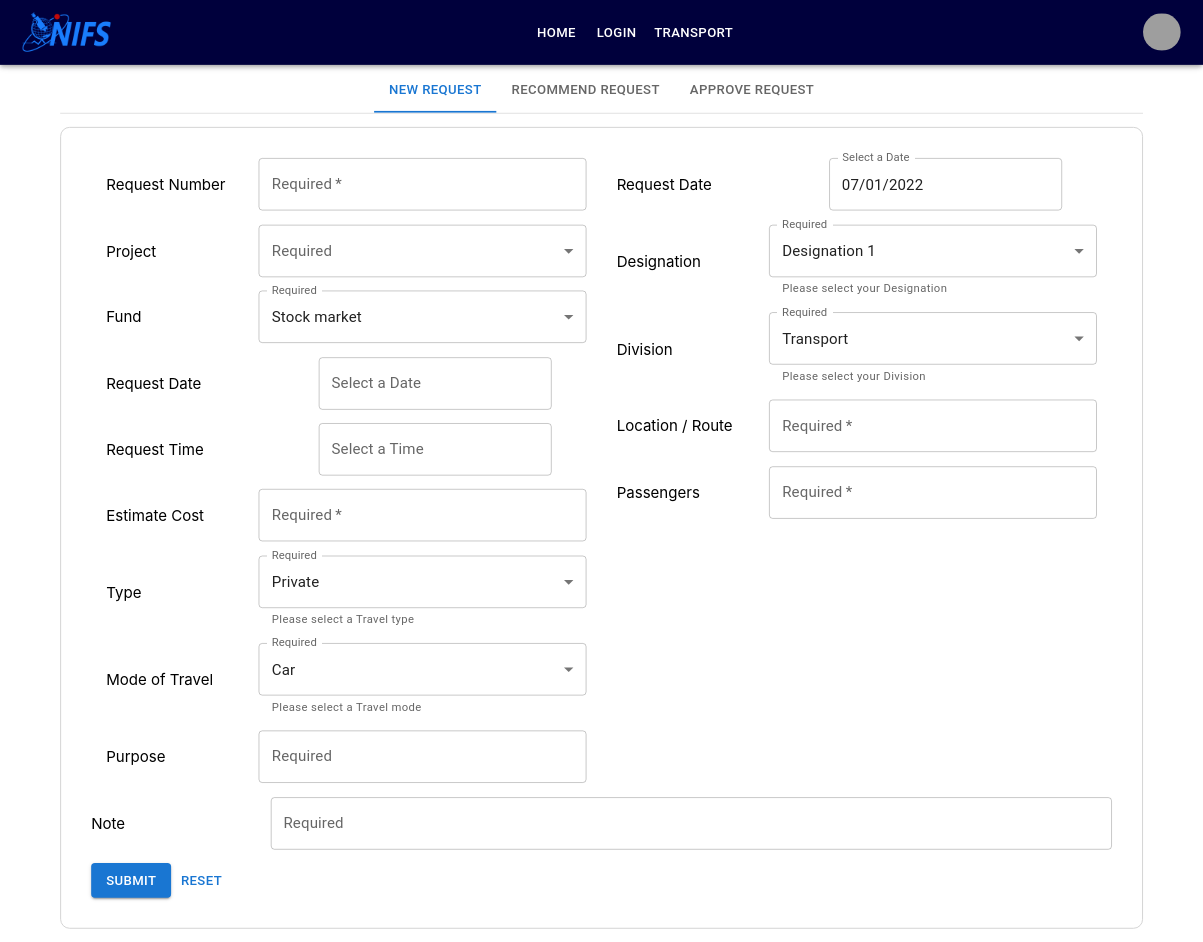
Repository: Ravindu97/NIFS_WebApplication
Page: /transport (app in client/)
An editor plug-in stored every save of this project. The page is shown before and after the next save, followed by the edit.
The browser window is 1280 px wide. The pictures show the whole page, at 94% of full size.
Pictures or frames that could not be fetched are drawn as grey boxes. The project was rebuilt for these pictures with package versions that can differ from the ones it lists, and the page was loaded fresh each time. Also part of the build but not shown: client/src/pages/Home.js, client/src/pages/Login.js, client/src/components/Transport/RecommendedRequest.js, client/src/components/Transport/ApproveRequest.js.

Above is the page before, as saved 2022-07-01 10:33:17.

### client/src/index.css
body {
  margin: 0;
  font-family: -apple-system, BlinkMacSystemFont, 'Segoe UI', 'Roboto', 'Oxygen',
    'Ubuntu', 'Cantarell', 'Fira Sans', 'Droid Sans', 'Helvetica Neue',
    sans-serif;
  -webkit-font-smoothing: antialiased;
  -moz-osx-font-smoothing: grayscale;
}

:root{
  --main-navbar-back: #00003c;

}


.nav-logo{
  width: 100px;
  height: auto;
}

/* main navbar */
.main-navbar{
  background-color: var(--main-navbar-back) !important;
}

/* secondary navbar */
.secondary-navbar{
  margin-top: 10vh !important;
  margin: auto;
}

/* body content */
.body-content{
  margin: auto;
  width: 90%;
  margin-top: 2vh;
}

/* -------------------css for form starts here */
/* form section means outsice the <form> tag */

.form-section{
  border: 1px solid #d2d2d2;
  border-radius: 10px;
  padding: 2rem;
  margin-bottom: 2vh;
}

/* input fields */
.input-fields{
  display: flex;
  align-items: center;
  margin-bottom: 2vh;
}

.input-fields label{
  margin-right: 2vw;
  width: 200px;
}

.form-left,.form-right{

  margin-left: 1em;
  margin-right: 1em;
}

/* -----------------css for form ends here */

### client/src/App.js
import * as React from 'react';
import { BrowserRouter as Router, Route, Routes } from 'react-router-dom';
import Navbar from './components/shared/Navbar';
import Home from './pages/Home';
import Login from './pages/Login';
import TransportMainPage from './pages/TransportMainPage';

function App() {
	return (
		<div>
			<Router>
				<Navbar />
				<Routes>
					<Route exact path="/" element={<Home />} />
					<Route exact path="/login" element={<Login />} />
					<Route exact path="/transport/*" element={<TransportMainPage />} />
				</Routes>
			</Router>
		</div>
	);
}

export default App;

### client/src/components/shared/Navbar.js
import * as React from 'react';
import AppBar from '@mui/material/AppBar';
import Box from '@mui/material/Box';
import Toolbar from '@mui/material/Toolbar';
import IconButton from '@mui/material/IconButton';
import Typography from '@mui/material/Typography';
import Menu from '@mui/material/Menu';
import MenuIcon from '@mui/icons-material/Menu';
import Container from '@mui/material/Container';
import Avatar from '@mui/material/Avatar';
import Button from '@mui/material/Button';
import Tooltip from '@mui/material/Tooltip';
import MenuItem from '@mui/material/MenuItem';
import { Link } from 'react-router-dom';
import Logo from '../../images/nifs_logo.png';

const Navbar = () => {
	const pages = [
		{
			id: 0,
			title: 'Home',
			link: '/',
		},
		{
			id: 1,
			title: 'Login',
			link: '/login',
		},
		{
			id: 2,
			title: 'Transport',
			link: '/transport',
		},
	];

	const settings = [
		{
			id: 0,
			title: 'Home',
			link: '/',
		},
		{
			id: 1,
			title: 'Login',
			link: '/login',
		},
		{
			id: 2,
			title: 'Transport',
			link: '/transport',
		},
	];

	const [anchorElNav, setAnchorElNav] = React.useState(null);
	const [anchorElUser, setAnchorElUser] = React.useState(null);

	const handleOpenNavMenu = (event) => {
		setAnchorElNav(event.currentTarget);
	};
	const handleOpenUserMenu = (event) => {
		setAnchorElUser(event.currentTarget);
	};

	const handleCloseNavMenu = () => {
		setAnchorElNav(null);
	};

	const handleCloseUserMenu = () => {
		setAnchorElUser(null);
	};

	return (
		<AppBar position="fixed" className="main-navbar">
			<Container maxWidth="xl">
				<Toolbar disableGutters>
					{/*Responsive view start here  */}
					<Box sx={{ display: { xs: 'none', md: 'flex' }, mr: 1 }}>
						<img src={Logo} alt="logo" className="nav-logo" />
					</Box>

					<Box sx={{ flexGrow: 1, display: { xs: 'flex', md: 'none' } }}>
						<IconButton
							size="large"
							aria-label="account of current user"
							aria-controls="menu-appbar"
							aria-haspopup="true"
							onClick={handleOpenNavMenu}
							color="inherit"
						>
							<MenuIcon />
						</IconButton>
						<Menu
							id="menu-appbar"
							anchorEl={anchorElNav}
							anchorOrigin={{
								vertical: 'bottom',
								horizontal: 'left',
							}}
							keepMounted
							transformOrigin={{
								vertical: 'top',
								horizontal: 'left',
							}}
							open={Boolean(anchorElNav)}
							onClose={handleCloseNavMenu}
							sx={{
								display: { xs: 'block', md: 'none' },
							}}
						>
							{pages &&
								pages.map((page) => (
									<MenuItem key={page.id} onClick={handleCloseNavMenu}>
										<Link to={page.link} style={{ textDecoration: 'none' }}>
											<Typography textAlign="center">{page.title}</Typography>
										</Link>
									</MenuItem>
								))}
						</Menu>
					</Box>
					{/* Responsive view ends here */}

					{/* Full width starts here */}
					<Box
						sx={{
							mr: 2,
							display: { xs: 'flex', md: 'none' },
							flexGrow: 1,
						}}
					>
						<img src={Logo} alt="logo" className="nav-logo" />
					</Box>

					<Box
						sx={{ flexGrow: 1, display: { xs: 'none', md: 'flex' } }}
						style={{ justifyContent: 'center' }}
					>
						{pages &&
							pages.map((page) => (
								<Link to={page.link} style={{ textDecoration: 'none' }}>
									<Button
										key={page.id}
										onClick={handleCloseNavMenu}
										sx={{ my: 2, color: 'white', display: 'block' }}
									>
										{page.title}
									</Button>
								</Link>
							))}
					</Box>

					{/* end of the navbar */}
					<Box sx={{ flexGrow: 0 }}>
						<Tooltip title="Open settings">
							<IconButton onClick={handleOpenUserMenu} sx={{ p: 0 }}>
								<Avatar
									alt="Remy Sharp"
									src="https://images.unsplash.com/photo-1566753323558-f4e0952af115?ixlib=rb-1.2.1&ixid=MnwxMjA3fDB8MHxzZWFyY2h8MXx8bWFsZXxlbnwwfHwwfHw%3D&w=1000&q=80"
								/>
							</IconButton>
						</Tooltip>
						<Menu
							sx={{ mt: '45px' }}
							id="menu-appbar"
							anchorEl={anchorElUser}
							anchorOrigin={{
								vertical: 'top',
								horizontal: 'right',
							}}
							keepMounted
							transformOrigin={{
								vertical: 'top',
								horizontal: 'right',
							}}
							open={Boolean(anchorElUser)}
							onClose={handleCloseUserMenu}
						>
							{settings.map((setting) => (
								<MenuItem key={setting.id} onClick={handleCloseUserMenu}>
									<Typography textAlign="center">{setting.title}</Typography>
								</MenuItem>
							))}
						</Menu>
					</Box>
				</Toolbar>
			</Container>
		</AppBar>
	);
};
export default Navbar;

### client/src/pages/TransportMainPage.js
import React from 'react';

import TransportNavbar from '../components/Transport/shared/TransportNavbar';
import { Route, Routes } from 'react-router-dom';
import NewRequest from '../components/Transport/NewRequest';
import RecommendedRequest from '../components/Transport/RecommendedRequest';
import ApproveRequest from '../components/Transport/ApproveRequest';

// transport main page where all other section of transport department can be access from here
function TransportMainPage() {
	return (
		<div>
			<TransportNavbar />
			<div className="body-content">
				<Routes>
					<Route exact path="/" element={<NewRequest />} />
					<Route exact path="/recommend" element={<RecommendedRequest />} />
					<Route exact path="/approve" element={<ApproveRequest />} />
				</Routes>
			</div>
		</div>
	);
}

export default TransportMainPage;

### client/src/components/Transport/shared/TransportNavbar.js
import * as React from 'react';
import Tabs from '@mui/material/Tabs';
import Tab from '@mui/material/Tab';
import Box from '@mui/material/Box';
import { Link, useLocation } from 'react-router-dom';

export default function TransportNavbar() {
	const location = useLocation();

	const pages = [
		{
			id: 0,
			title: 'New Request',
			link: '/transport',
		},
		{
			id: 1,
			title: 'Recommend Request',
			link: '/transport/recommend',
		},
		{
			id: 2,
			title: 'Approve Request',
			link: '/transport/approve',
		},
	];

	return (
		<Box sx={{ width: '90%' }} className="secondary-navbar">
			<Box sx={{ borderBottom: 1, borderColor: 'divider' }}>
				<Tabs value={location.pathname} centered>
					{pages &&
						pages.map((page) => (
							<Tab
								key={page.id}
								label={page.title}
								value={page.link}
								component={Link}
								to={page.link}
							/>
						))}
				</Tabs>
			</Box>
		</Box>
	);
}

### client/src/components/Transport/NewRequest.js
import {
	Button,
	TextField,
	Select,
	InputLabel,
	MenuItem,
	FormControl,
} from '@mui/material';
import React, { useState } from 'react';
import { useForm } from 'react-hook-form';
import Box from '@mui/material/Box';
// import datepicker
import { AdapterDateFns } from '@mui/x-date-pickers/AdapterDateFns';
import { LocalizationProvider } from '@mui/x-date-pickers/LocalizationProvider';
import { DatePicker } from '@mui/x-date-pickers/DatePicker';
import { TimePicker } from '@mui/x-date-pickers/TimePicker';
import { StaticTimePicker } from '@mui/x-date-pickers/StaticTimePicker';
// sample data files start here
import Projects from './shared/sampleData/Project.json';
import Funds from './shared/sampleData/Fund.json';
import ForwardedTo from './shared/sampleData/ForwardedTo.json';
import Divisions from './shared/sampleData/Division.json';
import Designations from './shared/sampleData/Designation.json';

// sample data files ends here

function NewRequest() {
	// date set to be stored
	const { register, handleSubmit, reset } = useForm();

	const [project, setProjects] = useState(Projects);
	const [fund, setFunds] = useState(Funds);
	const [forwardedTo, setForwardedTos] = useState(ForwardedTo);
	const [division, setDivisions] = useState(Divisions);
	const [designation, setDesignations] = useState(Designations);
	const [reqDate, setReqDate] = React.useState(null);
	const [reqTime, setReqTime] = React.useState(null);
	const [today, setToday] = React.useState(new Date());

	const initialSelector = Object.freeze({
		fundType: '',
		forwardPerson: '',
		divisionName: '',
		designationName: '',
		project: '',
	});
	const [updateSelect, usetUpdateSelect] = useState(initialSelector);

	const handleSelector = (e) => {
		usetUpdateSelect({
			...updateSelect,
			[e.target.name]: e.target.value.trim(),
		});
	};

	const submitDetails = (data) => {
		console.log(data);
	};

	return (
		<div className="form-section">
			<form onSubmit={handleSubmit(submitDetails)}>
				<Box
					sx={{
						display: { xs: 'block', md: 'flex' },
						justifyContent: 'center',
					}}
				>
					{/* left section of the form */}

					<Box
						className="form-left"
						sx={{
							width: { xs: '90%', md: '50%' },
						}}
					>
						{/* Request number */}

						<Box className="input-fields">
							<label>Request Number</label>
							<TextField
								fullWidth
								required
								type="text"
								name="reqNo"
								id="outlined-basic"
								label="Required"
								variant="outlined"
								{...register('reqNo', { required: true })}
							/>
						</Box>

						{/* Select project */}

						<Box className="input-fields">
							<label>Project</label>
							<FormControl fullWidth>
								<InputLabel id="demo-simple-select-label">Required</InputLabel>
								<Select
									fullWidth
									labelId="demo-simple-select-label"
									id="demo-simple-select"
									label="Required"
									required
									name="project"
									onChange={handleSelector}
									value={initialSelector.project}
									{...register('project', { required: true })}
								>
									<MenuItem value="">
										<em>Select a project</em>
									</MenuItem>
									{project.map((option) => (
										<MenuItem key={option.id} value={option.value}>
											{option.value}
										</MenuItem>
									))}
								</Select>
							</FormControl>
						</Box>

						{/* Select Fund */}

						<Box className="input-fields">
							<label>Fund</label>
							<TextField
								fullWidth
								id="outlined-select-fund-native"
								select
								label="Required"
								name="fund"
								{...register('fund', { required: true })}
								SelectProps={{
									native: true,
								}}
							>
								<option value="" disabled></option>
								{fund.map((option) => (
									<option key={option.id} value={option.value}>
										{option.value}
									</option>
								))}
							</TextField>
						</Box>

						{/* Select Forward */}

						{/* <Box className="input-fields">
							<label>Forward To</label>

							<FormControl fullWidth>
								<InputLabel id="demo-simple-select-label">Required</InputLabel>
								<Select
									fullWidth
									required
									labelId="demo-simple-select-label"
									id="demo-simple-select"
									label="Required"
									{...register('forwardTo', { required: true })}
								>
									<MenuItem value="">
										<em>Select a project</em>
									</MenuItem>
									{forwardedTo.map((option) => (
										<MenuItem key={option.id} value={option.value}>
											{option.value}
										</MenuItem>
									))}
								</Select>
							</FormControl>
						</Box> */}

						{/* date picker */}

						<Box className="input-fields">
							<LocalizationProvider dateAdapter={AdapterDateFns}>
								<label>Request Date</label>
								<DatePicker
									label="Select a Date"
									value={reqDate}
									{...register('requestDate', { required: true })}
									onChange={(newValue) => {
										setReqDate(newValue);
									}}
									renderInput={(params) => <TextField {...params} />}
								/>
							</LocalizationProvider>
						</Box>

						{/* Time picker */}

						<Box className="input-fields">
							<LocalizationProvider dateAdapter={AdapterDateFns}>
								<label>Request Time</label>
								<TimePicker
									label="Select a Time"
									value={reqTime}
									{...register('requestTime', { required: true })}
									onChange={(newValue) => {
										setReqTime(newValue);
									}}
									renderInput={(params) => <TextField {...params} />}
								/>
							</LocalizationProvider>
						</Box>

						{/* cost */}

						<Box className="input-fields">
							<label>Estimate Cost</label>
							<TextField
								fullWidth
								required
								type="text"
								name="estimateCost"
								id="outlined-basic"
								label="Required"
								variant="outlined"
								{...register('estimateCost', { required: true })}
							/>
						</Box>

						{/* travel type */}

						<Box className="input-fields">
							<label>Type</label>
							<TextField
								fullWidth
								id="outlined-select-forward-native"
								select
								label="Required"
								name="travelType"
								{...register('travelType', { required: true })}
								SelectProps={{
									native: true,
								}}
								helperText="Please select a Travel type"
							>
								<option value="private">Private</option>
								<option value="official">Official</option>
							</TextField>
						</Box>

						{/* Travel mode */}

						<Box className="input-fields">
							<label>Mode of Travel</label>
							<TextField
								fullWidth
								id="outlined-select-forward-native"
								select
								label="Required"
								name="travelMode"
								{...register('travelMode', { required: true })}
								SelectProps={{
									native: true,
								}}
								helperText="Please select a Travel mode"
							>
								<option value="car">Car</option>
								<option value="van">Van</option>
								<option value="cab">Cab</option>
							</TextField>
						</Box>

						{/* purpose */}

						<Box className="input-fields">
							<label>Purpose</label>
							<TextField
								fullWidth
								id="outlined-textarea"
								label="Required"
								name="purpose"
								{...register('purpose', { required: true })}
								SelectProps={{
									native: true,
								}}
								multiline
							/>
						</Box>
					</Box>

					{/* right section of the form */}

					<Box
						className="form-right"
						sx={{
							width: { xs: '90%', md: '50%' },
						}}
					>
						{/* today date picker */}

						<Box className="input-fields">
							<LocalizationProvider dateAdapter={AdapterDateFns}>
								<label>Request Date</label>
								<DatePicker
									label="Select a Date"
									value={today}
									{...register('requestDate', { required: true })}
									onChange={(newValue) => {
										setToday(newValue);
									}}
									renderInput={(params) => <TextField {...params} />}
								/>
							</LocalizationProvider>
						</Box>

						{/* designations */}

						<Box className="input-fields">
							<label>Designation</label>
							<TextField
								fullWidth
								id="outlined-select-forward-native"
								select
								label="Required"
								name="designation"
								{...register('designation', { required: true })}
								SelectProps={{
									native: true,
								}}
								helperText="Please select your Designation"
							>
								{designation.map((option) => (
									<option key={option.id} value={option.value}>
										{option.value}
									</option>
								))}
							</TextField>
						</Box>

						{/* division */}

						<Box className="input-fields">
							<label>Division</label>
							<TextField
								fullWidth
								id="outlined-select-forward-native"
								select
								label="Required"
								name="division"
								{...register('division', { required: true })}
								SelectProps={{
									native: true,
								}}
								helperText="Please select your Division"
							>
								{division.map((option) => (
									<option key={option.id} value={option.value}>
										{option.value}
									</option>
								))}
							</TextField>
						</Box>

						{/* HOD */}

						{/* Location / route */}

						<Box className="input-fields">
							<label>Location / Route</label>
							<TextField
								fullWidth
								required
								type="text"
								name="route"
								id="outlined-basic"
								label="Required"
								variant="outlined"
								{...register('route', { required: true })}
							/>
						</Box>

						{/* Location / route */}

						<Box className="input-fields">
							<label>Passengers</label>
							<TextField
								fullWidth
								required
								type="text"
								name="passengers"
								id="outlined-basic"
								label="Required"
								variant="outlined"
								{...register('passengers', { required: true })}
							/>
						</Box>
					</Box>
				</Box>

				{/* Note */}

				<Box sx={{ justifyContent: 'center' }}>
					<Box className="input-fields">
						<label>Note</label>
						<TextField
							fullWidth
							id="outlined-textarea"
							label="Required"
							name="note"
							{...register('note', { required: true })}
							SelectProps={{
								native: true,
							}}
							multiline
						/>
					</Box>
				</Box>

				{/* submit button */}

				<Box>
					<Button type="submit" variant="contained">
						Submit
					</Button>

					{/* reset the form */}

					<Button
						type="button"
						onClick={() => {
							reset({
								reqNo: '',
								project: '',
								fund: '',
								forwardTo: '',
								requestDate: '',
								requestTime: '',
								estimateCost: '',
								travelType: '',
								travelMode: '',
								purpose: '',
								note: '',
								employee: '',
								designation: '',
								date: '',
								division: '',
								HOD: '',
								route: '',
								passengers: '',
							});
						}}
					>
						Reset
					</Button>
				</Box>
			</form>
		</div>
	);
}

export default NewRequest;

### client/src/components/Transport/shared/sampleData/Project.json
[
    {
        "id": 0,
        "value": "Kandy tunnel"
    },
    {
        "id": 1,
        "value": "Moragahakanda project"
    },
    {
        "id": 2,
        "value": "Gin nilwala project"
    },
    {
        "id": 3,
        "value": "Samanala wewa projecct"
    },
    {
        "id": 4,
        "value": "Data visualization"
    }
]

### client/src/components/Transport/shared/sampleData/Fund.json
[
    {
        "id": 0,
        "value": "Stock market"
    },
    {
        "id": 1,
        "value": "BOC bank"
    },
    {
        "id": 2,
        "value": "Savings"
    },
    {
        "id": 3,
        "value": "Ticketing"
    },
    {
        "id": 4,
        "value": "Car wash"
    }
]

### client/src/components/Transport/shared/sampleData/ForwardedTo.json
[
    {
        "id": 0,
        "value": "Mr. Kamal"
    },
    {
        "id": 1,
        "value": "Mr. Sunil"
    },
    {
        "id": 2,
        "value": "Mr. Kusal"
    },
    {
        "id": 3,
        "value": "Mrs. Nayana"
    },
    {
        "id": 4,
        "value": "Miss Rashmi"
    }
]

### client/src/components/Transport/shared/sampleData/Division.json
[
    {
        "id": 0,
        "value": "Transport"
    },
    {
        "id": 1,
        "value": "Financial"
    },
    {
        "id": 2,
        "value": "Computer"
    },
    {
        "id": 3,
        "value": "Admin"
    },
    {
        "id": 4,
        "value": "Director"
    }
]

### client/src/components/Transport/shared/sampleData/Designation.json
[
    {
        "id": 0,
        "value": "Designation 1"
    },
    {
        "id": 1,
        "value": "Designation 2"
    },
    {
        "id": 2,
        "value": "Designation 3"
    },
    {
        "id": 3,
        "value": "Designation 4"
    },
    {
        "id": 4,
        "value": "Designation 5"
    }
]

Loaded but not shown: client/src/index.js (common file); client/src/reportWebVitals.js (common file)

After the next save:
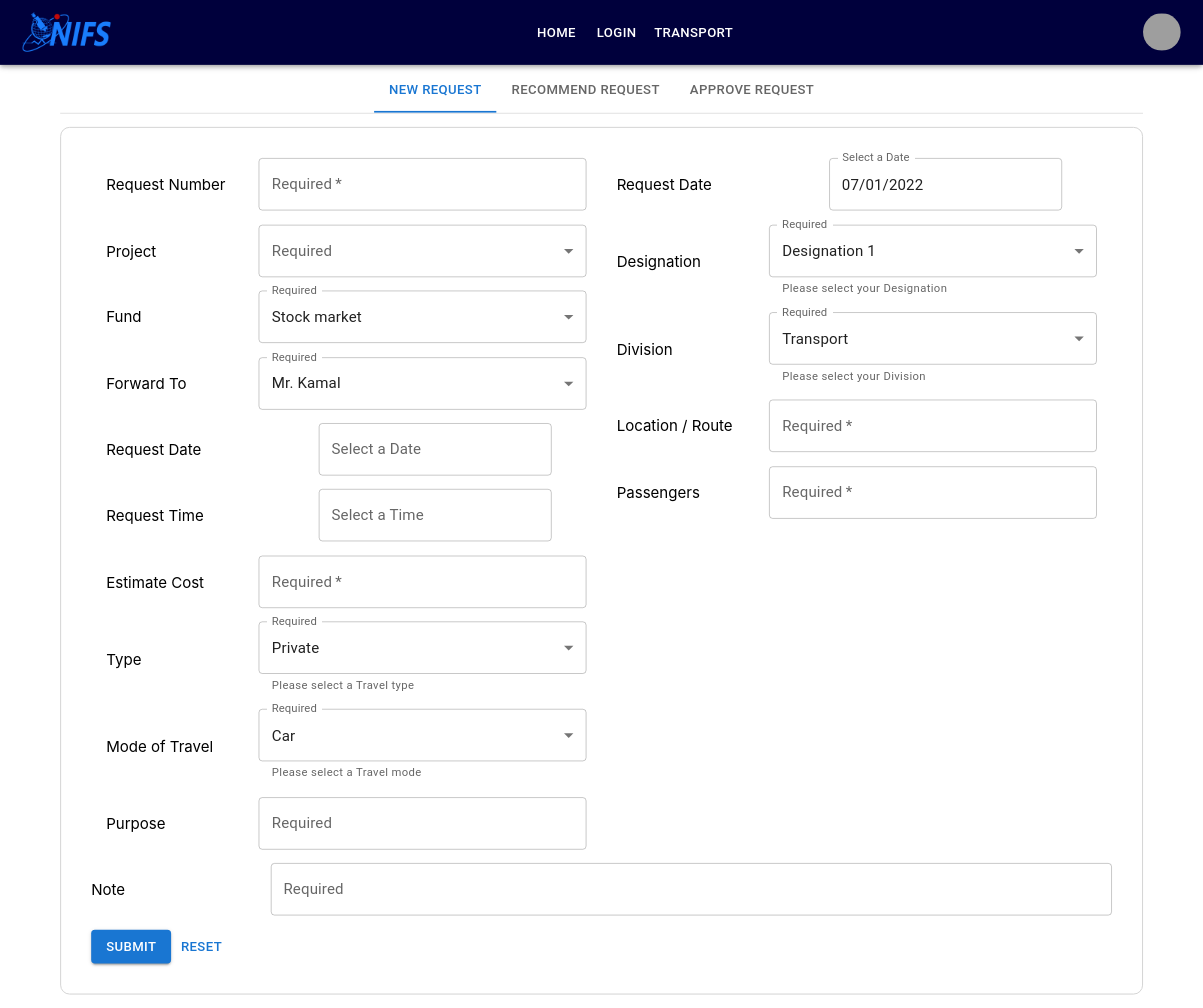
Saved 29 s later.
--- a/client/src/components/Transport/NewRequest.js
+++ b/client/src/components/Transport/NewRequest.js
@@ -145,30 +145,27 @@ function NewRequest() {
 
 						{/* Select Forward */}
 
-						{/* <Box className="input-fields">
+						<Box className="input-fields">
 							<label>Forward To</label>
-
-							<FormControl fullWidth>
-								<InputLabel id="demo-simple-select-label">Required</InputLabel>
-								<Select
-									fullWidth
-									required
-									labelId="demo-simple-select-label"
-									id="demo-simple-select"
-									label="Required"
-									{...register('forwardTo', { required: true })}
-								>
-									<MenuItem value="">
-										<em>Select a project</em>
-									</MenuItem>
-									{forwardedTo.map((option) => (
-										<MenuItem key={option.id} value={option.value}>
-											{option.value}
-										</MenuItem>
-									))}
-								</Select>
-							</FormControl>
-						</Box> */}
+							<TextField
+								fullWidth
+								id="outlined-select-forward-native"
+								select
+								label="Required"
+								name="forwardTo"
+								{...register('forwardTo', { required: true })}
+								SelectProps={{
+									native: true,
+								}}
+							>
+								<option value="" disabled></option>
+								{forwardedTo.map((option) => (
+									<option key={option.id} value={option.value}>
+										{option.value}
+									</option>
+								))}
+							</TextField>
+						</Box>
 
 						{/* date picker */}
 
